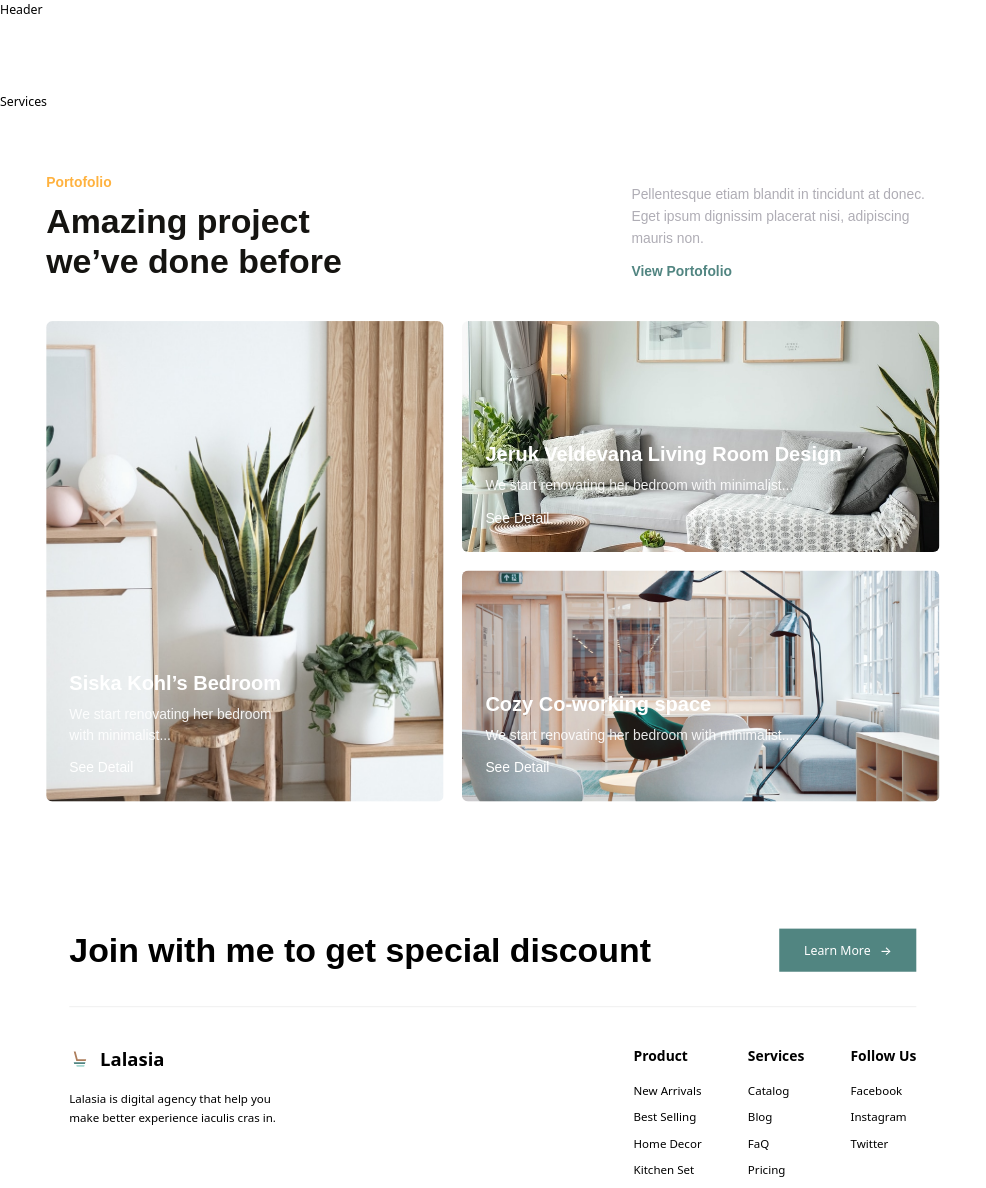
Repository: archis-academy/december-frontend-lalasia-2025
Page: /services
These files come from the project's save history. The page is drawn as it stood at one moment and after the next save; the edit follows.
The browser window is 1280 px wide. The pictures show the whole page, at 77% of full size.
Some web fonts or font styles are not loaded; a fallback is used. The project was rebuilt for these pictures with package versions that can differ from the ones it lists, and the page was loaded fresh each time. Also part of the build but not shown: vite.config.ts, src/components/welcome/benefits.scss, src/components/welcome/benefitsd.tsx, src/components/Article/Article.module.scss, src/components/Article/ArticleCard.module.scss, src/components/CustomButton/CustomButton.tsx, src/components/Arrow/Arrow.tsx, src/components/Article/ArticleCard.tsx and 19 more.

Above is the page before, as saved 2026-01-27 01:09:37.

After the next save:
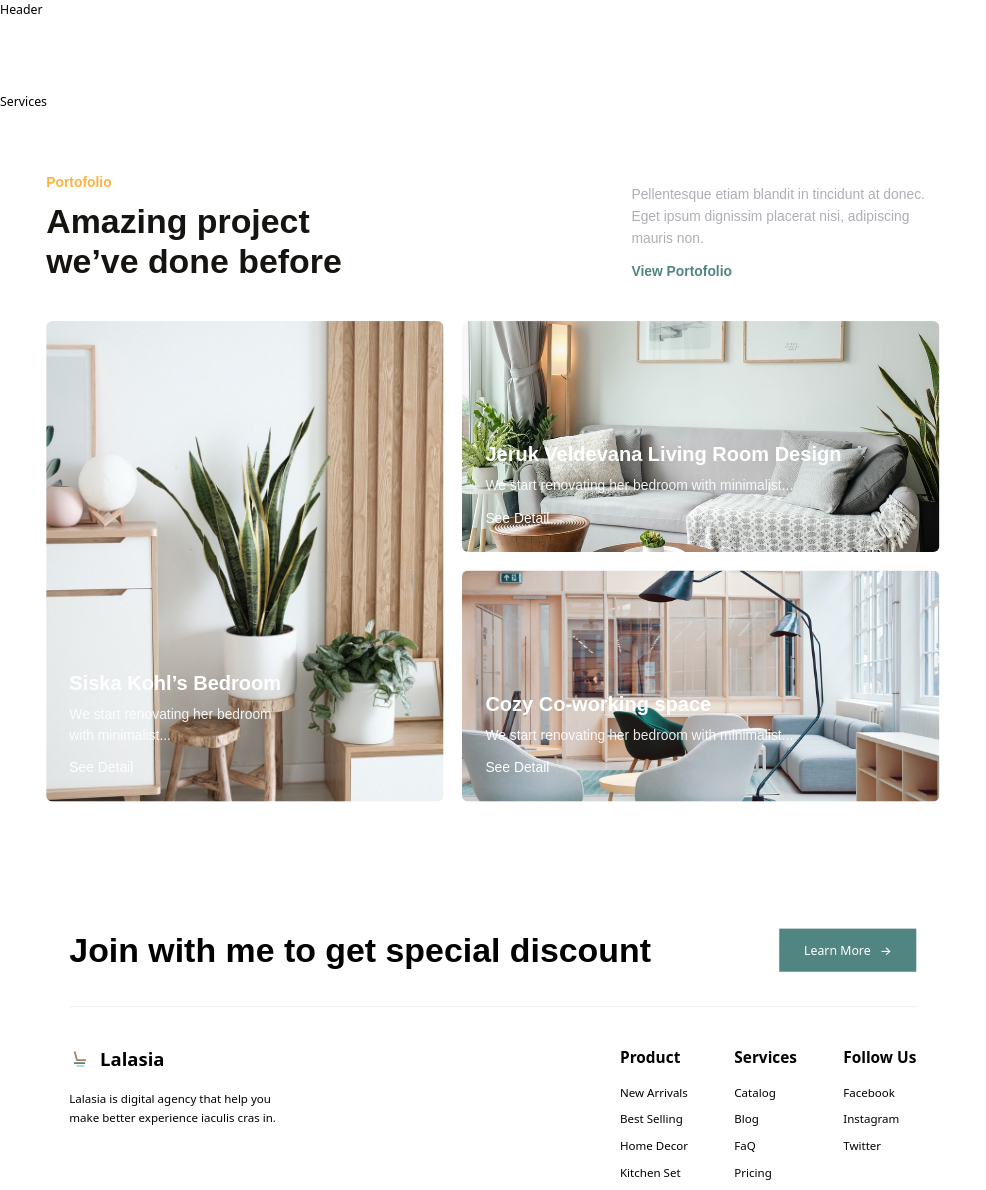
Saved 9 min 8 s later.
--- a/src/components/Footer/Footer.scss
+++ b/src/components/Footer/Footer.scss
@@ -96,7 +96,8 @@
 
         .link-col {
           h4 {
-            font-size: 18px;
+            font-size: 20px;
+            font-weight: 700;
             margin-bottom: 20px;
             color: $black;
           }
